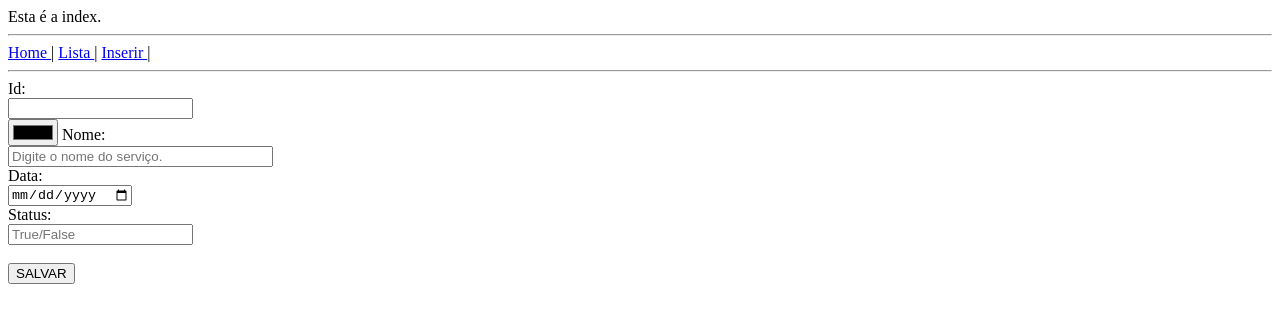
Repository: vivian-nakano/Projetos-Spring
Page: webmvc/src/main/resources/index.html
The author's editor kept a copy of each file at every save. The page is drawn from the files as they stood at one save, then again after the next save.
The browser window is 1280 px wide. The pictures show the whole page.
Some web libraries are served in a nearby version.

Above is the page before, as saved 2020-11-05 12:41:51.

After the next save:
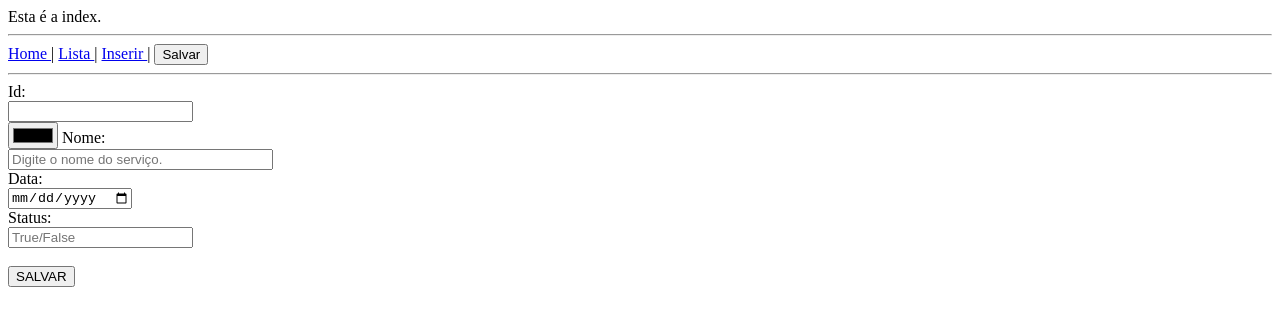
Saved 3 min 22 s later.
--- a/webmvc/src/main/resources/index.html
+++ b/webmvc/src/main/resources/index.html
@@ -16,6 +16,7 @@
 	<a href="index.html"> Home </a> |
 	<a href="lista.html"> Lista </a> |
 	<a href="inserir.html"> Inserir </a> |
+	<a href="inserir.html"> <button>Salvar</button></a>
 
 	<hr>
 	<form>
